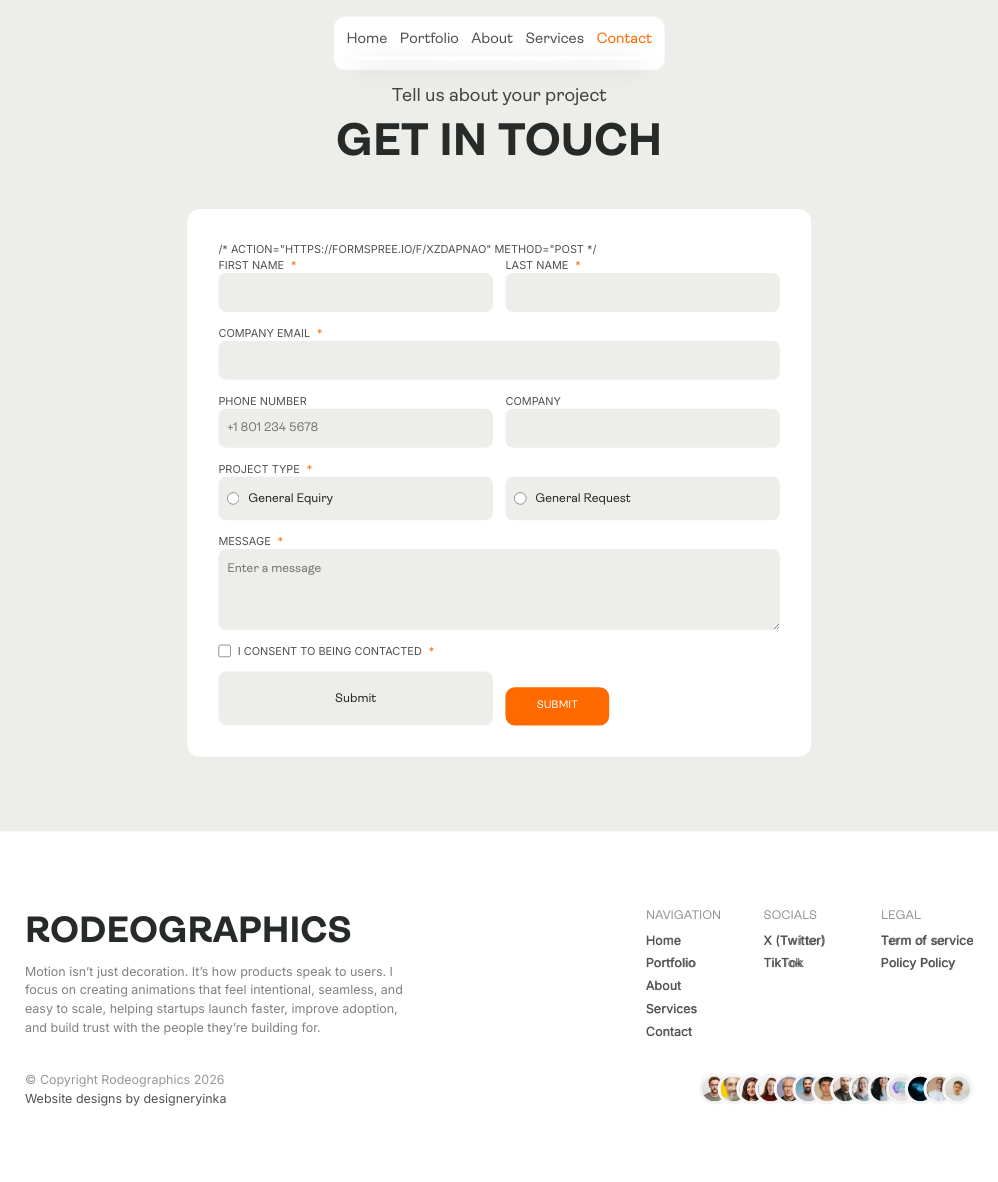
Repository: Ajeyinka/RodeoGraphics
Page: contact.html
The author's editor kept a copy of each file at every save. The page is drawn from the files as they stood at one save, then again after the next save.
The browser window is 1280 px wide. The pictures show the whole page, at 78% of full size.

Above is the page before, as saved 2026-02-21 23:03:28.
Console error: ReferenceError: gsap is not defined

After the next save:
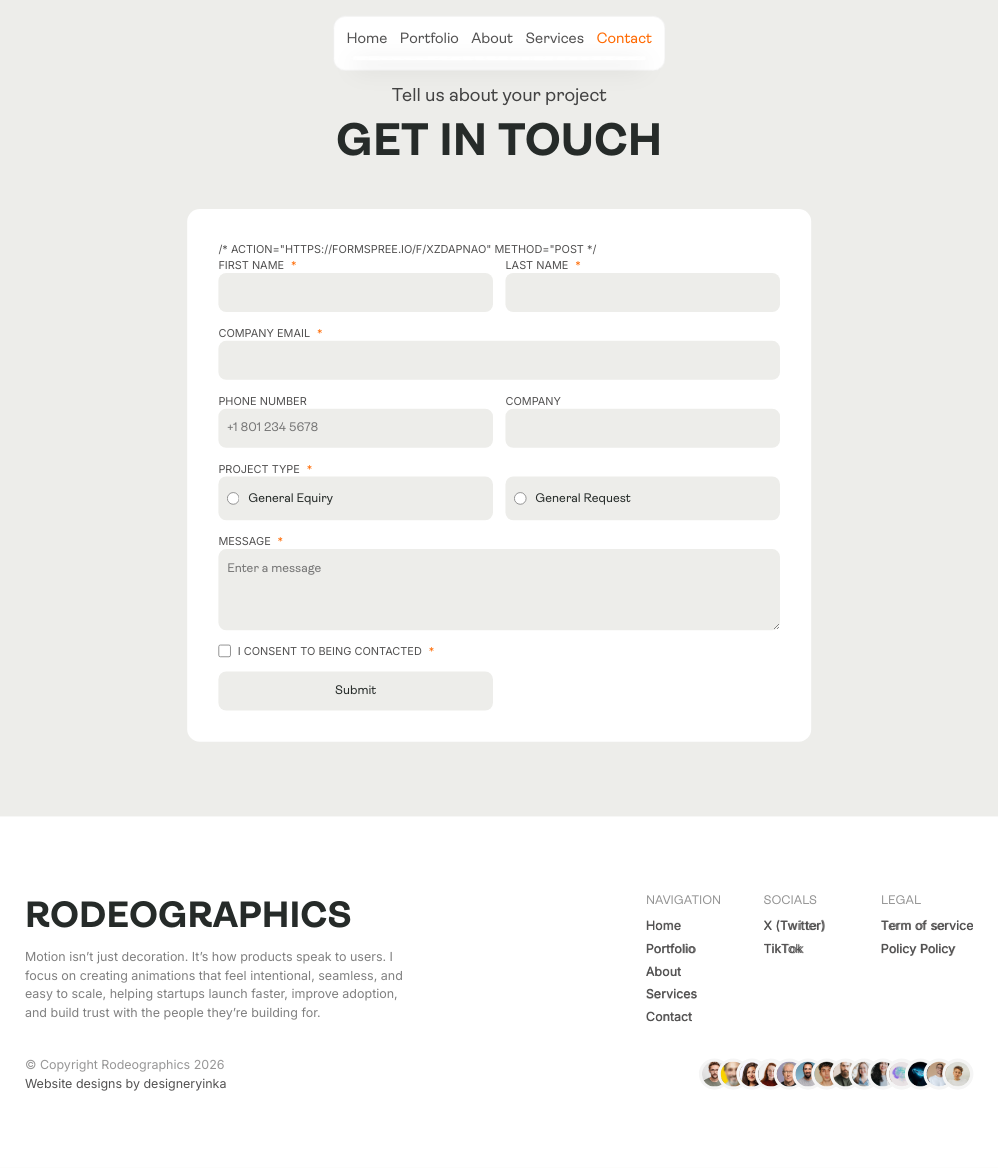
Saved 26 s later.
--- a/contact.html
+++ b/contact.html
@@ -187,11 +187,11 @@
 
                 <input type="submit" value="Submit" />
 
-                <div class="input-submit">
+                <!-- <div class="input-submit">
                   <button type="submit" class="button-submit button">
                     <span class="text text-primary">Submit</span>
                   </button>
-                </div>
+                </div> -->
                 <div class="form-success">
                   Thanks for reaching out. I’ll get back to you within 24 hours.
                 </div>
